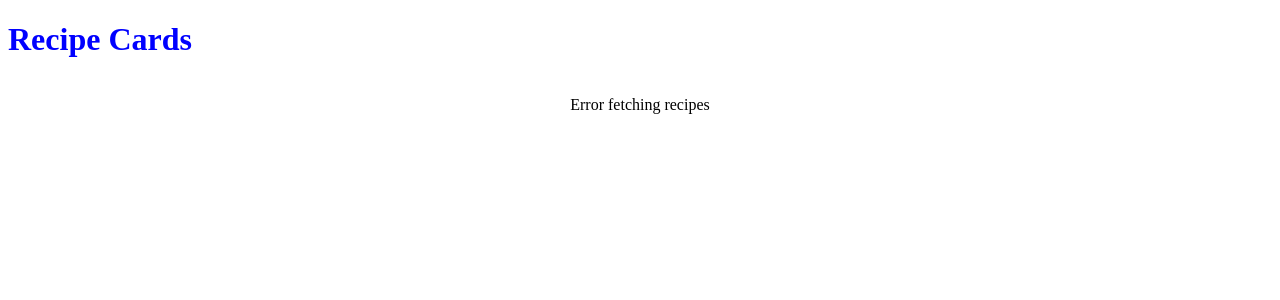
Repository: SharonSebastian32/food-search-filter-
Page: index.html
These files come from the project's save history. The page is drawn as it stood at one moment and after a run of saves; the edit follows.
The browser window is 1280 px wide. The pictures show the whole page.
The page's requests for data from a server got no answer.

Above is the page before, as saved 2024-10-11 11:24:09.

After the next 11 saves:
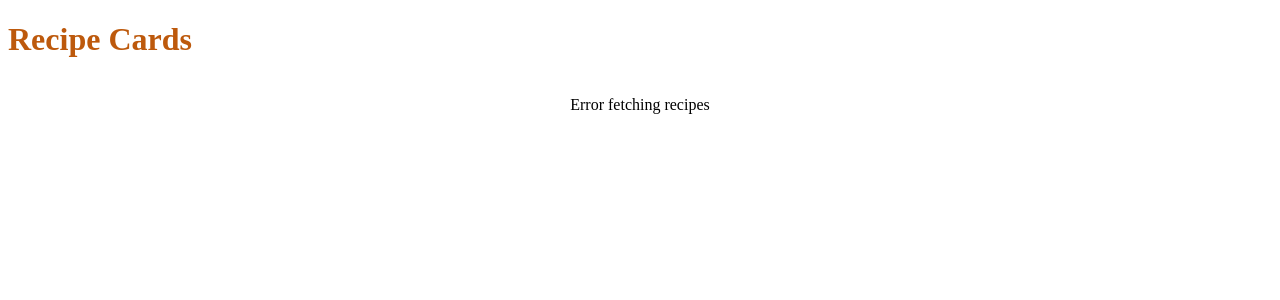
The 11 saves are shown as one change because they came seconds apart.
The last was saved 25 s later.
--- a/index.html
+++ b/index.html
@@ -37,8 +37,8 @@
         flex-wrap: wrap;
         justify-content: space-around;
       }
-      #head1{
-        color: blue;
+      #head1 {
+        color: rgb(189, 89, 12);
       }
     </style>
   </head>
